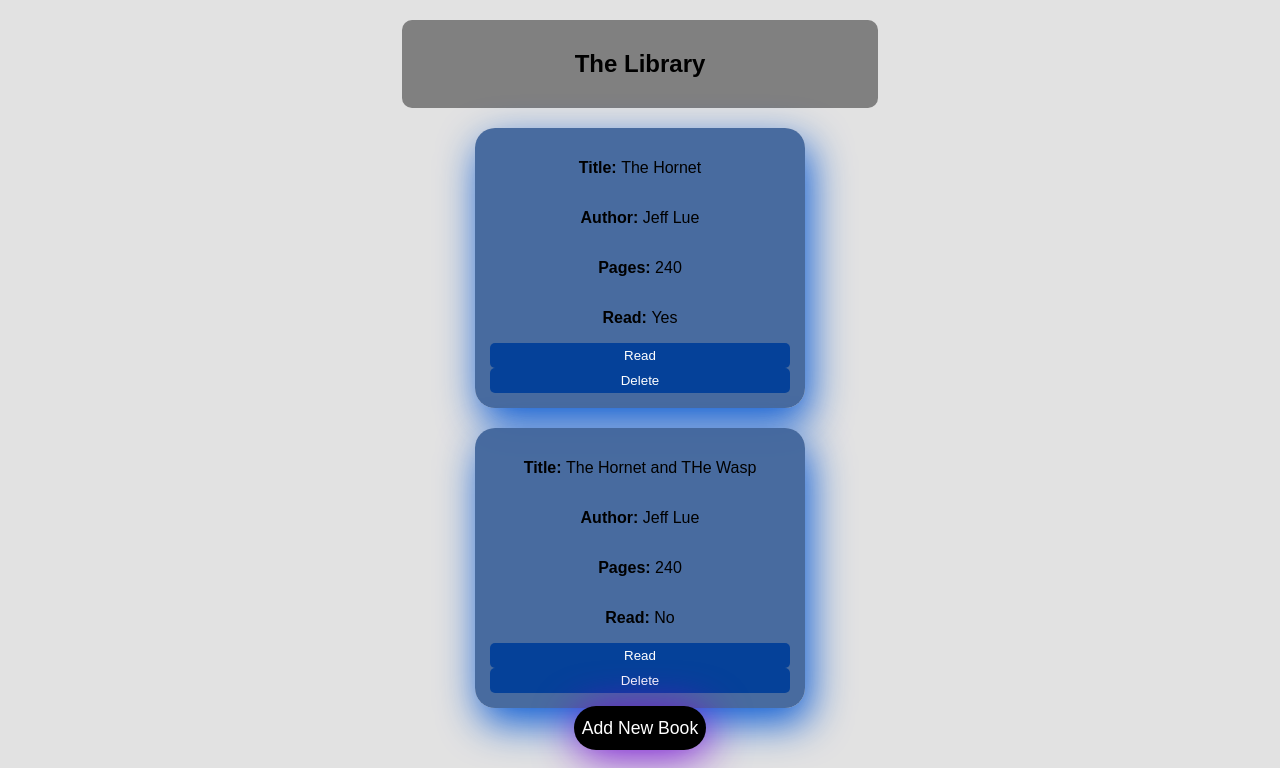
Repository: ErvinClay13/Library
Page: index.html
These files come from the project's save history. The page is drawn as it stood at one moment and after the next save; the edit follows.
The browser window is 1280 px wide. The pictures show the whole page.
The pointer rests on the first visible `#addBook`.

Above is the page before, as saved 2025-01-11 04:56:58.

### index.html
<!DOCTYPE html>
<html lang="en">
<head>
    <meta charset="UTF-8">
    <meta name="viewport" content="width=device-width, initial-scale=1.0">
    <link rel="stylesheet" href="style.css">
    <link
      rel="icon"
      type="image/png"
      sizes="32x32"
      href="images/myLogo.png"
    />
    <title>The Library</title>
</head>
<body>
    <div class="container">
        <div class="heading">
            <h2>The Library</h2>
        </div>

            <div class="content" id="content"></div>

            <dialog id="myDialog">
                <div class="input">
                <form method="dialog" id="form">
                    <label for="title">Title</label>
                    <input type="text"
                           id="title"
                           name="title"
                           required>

                    <label for="author">Author</label>
                    <input type="text"
                           id="author"
                           name="author"
                           required>

                    <label for="pages">Pages</label>
                    <input type="number"
                           id="pages"
                           name="pages"
                           required>

                    <label for="read">Read</label>
                    <input type="checkbox"
                           name="read"
                           id="isRead">

                    <button type="submit" id="submit">Submit</button>
                    <div class="cancel" id="cancel">Cancel</div>


                </form>
            </div>
        </dialog>
        <footer><button id="addBook">Add New Book</button></footer>
    </div>

    <script src="script.js"></script>
</body>
</html>

### style.css
body {
    display: flex;
    justify-content: center;
    align-items: center;
    flex-direction: column;
    /* background-color: white; */
    background-color: rgb(226, 226, 226);
    margin: 0;
    font-family: Arial, sans-serif;
}

.container {
    display: flex;
    flex-direction: column;
    align-items: center;
    padding: 20px;
}

.heading {
    display: flex;
    justify-content: space-between;
    justify-content: center;
    background-color: gray;
    /* background-color: #42669df5; */
    /* box-shadow: 5px 5px 40px #0055d4f5; */
    width: 100%;
    max-width: 800px;
    padding: 10px 20px;
    border-radius: 10px;
    margin-bottom: 20px;
}

#addBook {
    /* background-color: #03409af5; */
    background-color: black;
    box-shadow: 5px 5px 40px black;
    height: 40px;
    width: 120px;
    border-radius: 20px;
    border: none;
    font-size: 16px;
    color: white;
    cursor: pointer;
}

#addBook:hover {
    transform: scale(1.1);
    box-shadow: 2px 5px 40px #7800d4f5;
}

#content {
    display: flex;
    flex-wrap: wrap;
    gap: 20px;
    justify-content: center;
    width: 100%;
}

.card {
    display: flex;
    flex-direction: column;
    justify-content: space-between;
    text-align: center;
    border-radius: 20px;
    padding: 15px;
    background-color: #42669df5;
    width: 100%;
    max-width: 300px;
    box-shadow: 5px 15px 40px #0055d4f5;
}

.card-details {
    margin-bottom: 10px;
}

.card-buttons {
    display: flex;
    justify-content: space-between;
    gap: 10px;
}

.read, .delete {
    flex: 1;
    padding: 5px 10px;
    border: none;
    border-radius: 5px;
    color: white;
    background-color: #03409af5;
    cursor: pointer;
}

.read:hover, .delete:hover {
    background-color: #254a81f5;
}

.read:active, .delete:active {
    background-color: #42669df5;
}

dialog {
    background-color: #fefefe;
    padding: 20px;
    border: none;
    border-radius: 10px;
    box-shadow: 0px 5px 15px rgba(0, 0, 0, 0.5);
}

form {
    display: flex;
    flex-direction: column;
    gap: 10px;
}

input[type="text"], input[type="number"] {
    padding: 5px;
    border-radius: 5px;
    border: 1px solid #ccc;
}

button {
    cursor: pointer;
}

/* Responsive Styles */
@media (max-width: 768px) {
    .heading {
        flex-direction: column;
        align-items: center;
    }

    #content {
        gap: 15px;
    }

    .card {
        max-width: 100%;
    }
}

### script.js
const dialog = document.getElementById('myDialog');
const form = document.getElementById('form');
const content = document.getElementById('content');
const submit = document.getElementById('submit');
const addBook = document.getElementById('addBook');
const cancel = document.getElementById('cancel');

const myLibrary = [];

const theHornet = new Book('The Hornet', 'Jeff Lue', 240, true);
const theHornetAndTheWasp = new Book('The Hornet and THe Wasp', 'Jeff Lue', 240, false);

myLibrary.push(theHornet);
myLibrary.push(theHornetAndTheWasp);


function Book(title, author, pages, read) {
    this.title = title;
    this.author = author;
    this.pages = pages;
    this.read = read;
}

Book.prototype.info = function() {
    return `${this.title} ${this.author} ${this.pages} ${this.read}`;
}


Book.prototype.toggleRead = function() {
    this.read = !this.read;
}



addBook.addEventListener("click", () => {
    dialog.showModal();
});

cancel.addEventListener("click", () => {
    dialog.close();
});

submit.addEventListener("click", (event) => {
    event.preventDefault();

    const title = document.getElementById('title').value;
    const author = document.getElementById('author').value;
    const pages = document.getElementById('pages').value;
    const read = document.getElementById('isRead').checked;

    const newBook = new Book(title, author, pages, read);
    myLibrary.push(newBook);

    form.reset();
    showBooks();
    dialog.close();
});

function showBooks() {

    content.innerHTML = '';

    myLibrary.forEach((book, index) => {                   //going through the array myLibrary
        const card = document.createElement('div');        //creating a new card for each book created through the modal
        card.classList.add('card');                        //adding card to the class

        card.innerHTML =                                      //creating the text that will be displayed on the card
            `<p><strong>Title: </strong>${book.title}</p>
             <p><strong>Author: </strong>${book.author}</p>
             <p><strong>Pages: </strong>${book.pages}</p>
             <p><strong>Read: </strong>${book.read ? 'Yes' : 'No'}</p>`;   //using the user input to create the new book on the card

        const deleteBtn = document.createElement('button');
        deleteBtn.classList.add('delete');
        deleteBtn.textContent = ('Delete');

        deleteBtn.addEventListener("click", () => {
            myLibrary.splice(index, 1);
            showBooks();
        });

        const read = document.createElement('button');
        read.classList.add('read');
        read.textContent = ('Read');

        read.addEventListener("click", () => {
            book.toggleRead();
            showBooks();
        });

        card.appendChild(read);
        card.appendChild(deleteBtn);
        content.appendChild(card);


    })
}

showBooks();

After the next save:
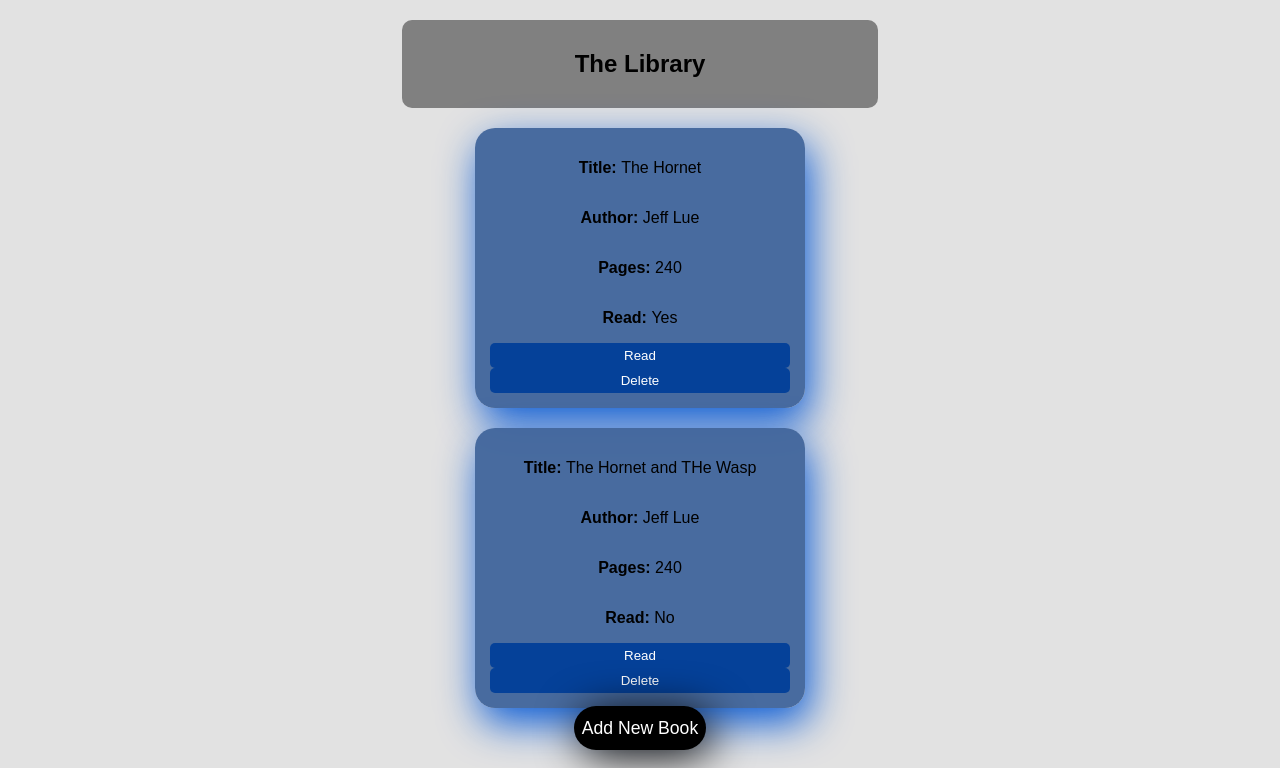
Saved 25 s later.
--- a/style.css
+++ b/style.css
@@ -45,7 +45,7 @@ body {
 
 #addBook:hover {
     transform: scale(1.1);
-    box-shadow: 2px 5px 40px #7800d4f5;
+    box-shadow: 2px 5px 40px gr;
 }
 
 #content {
